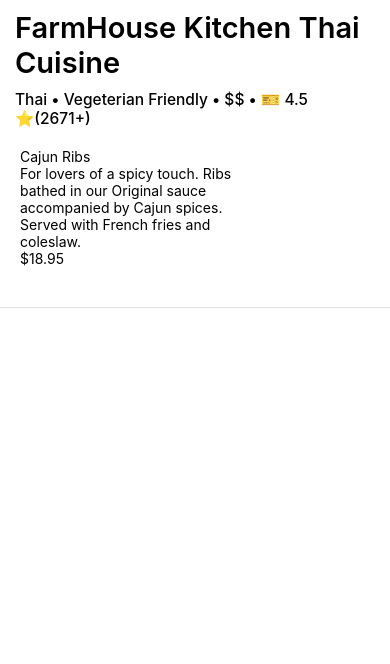
Repository: remydev47/ubereats-frontend
Screen: /
An editor plug-in stored every save of this project. The screen is shown before and after the next save, followed by the edit.
The pictures show rows 180 to 844 of an output 844 px tall.
The app was drawn by React Native's web renderer in a window 390 px wide. The project was rebuilt for these pictures with package versions that can differ from the ones it lists, and the page was loaded fresh each time. Also part of the build but not shown: components/Home/HeaderTabs.js, components/Home/SearchBar.js, components/Home/Categories.js, components/Home/RestaurantItems.js, components/Home/BottomTabs.js, Screens/Home.js.

Above is the screen before, as saved 2022-05-29 23:37:17.

### App.js
import { StatusBar } from 'expo-status-bar';
import { StyleSheet, Text, View } from 'react-native';
import Home from './Screens/Home';
import RestaurantDetails from './Screens/RestaurantDetails';

export default function App() {
  return (
    <View >
      {/* <Home />  */}
      <RestaurantDetails />
     <StatusBar style="auto" />
    </View>
  );
}

### Screens/RestaurantDetails.js
import { View, Text, Image, FlatList, StyleSheet } from 'react-native'
import React from 'react'
import restaurants from '../assets/data/restaurants.json';
import About from '../components/restaurantDetails/About';
import { Divider } from 'react-native-elements';
import MenuItems from '../components/restaurantDetails/MenuItems';



 const RestaurantDetails = () => {
  return (
    <View >
      {/* <Image
       source={{uri: restaurant.image}}
       style={styles.image}
      /> */}
     <About />
     <MenuItems />
     <Divider width={1.8} style={{ marginVertical: 20 }} />
    </View>
  )
}

const styles = StyleSheet.create({
    page: {
        flex: 1,
    },
    image: {
        width: '100%',
        aspectRatio: 4/3,
    },
    title: {
        fontSize: 14,
        fontWeight: 'bold',
    }
});

export default RestaurantDetails;

### assets/data/restaurants.json
[{
  "id": "1",
  "name": "El Cabo Coffe Bar Tres De Mayo",
  "deliveryFee": 1.40,
  "minDeliveryTime": 25,
  "maxDeliveryTime": 35,
  "rating": 4.0,
  "image": "https://notjustdev-dummy.s3.us-east-2.amazonaws.com/uber-eats/restaurant1.jpeg",
  "dishes": [
    {
      "name": "Cheese Tequeños",
      "description": "6 pieces of chese with sauce.",
      "price": 6.90,
      "image": "https://notjustdev-dummy.s3.us-east-2.amazonaws.com/uber-eats/restaurant2.jpeg"
    },
    {
      "name": "Hamburger La Super Cabo Burger",
      "description": "Double meat, gouda cheese, cheddar cheese, cooked ham, bacon, egg, salad and rustic potatoes.",
      "price": 8.90,
      "image": "https://notjustdev-dummy.s3.us-east-2.amazonaws.com/uber-eats/restaurant3.jpeg"
    },
    {
      "name": "U.S.A. Burger",
      "description": "Beef, gouda cheese, cheddar cheese, cooked ham, bacon, egg and salad.",
      "price": 5.40
    },
    {
      "name": "Slices of Llanero Cheese",
      "description": "Ripe plantain with cheese and palm honey.",
      "price": 5.90
    },
    {
      "name": "Papas Locas El Cabo",
      "description": "French fries with shredded chicken, gouda cheese and ham.",
      "price": 7.90
    }
  ]
}, {
  "id": "2",
  "name": "Tony Roma's - C.C. Meridiano",
  "deliveryFee": 0.40,
  "minDeliveryTime": 25,
  "maxDeliveryTime": 35,
  "rating": 4.7,
  "image": "https://notjustdev-dummy.s3.us-east-2.amazonaws.com/uber-eats/restaurant2.jpeg",
  "dishes": [
    {
      "name": "Cajun Ribs",
      "description": "For lovers of a spicy touch. Ribs bathed in our Original sauce accompanied by Cajun spices. Served with French fries and coleslaw.",
      "price": 18.95
    },
    {
      "name": "The Original Baby Backs",
      "description": "The house specialty. Pork ribs cooked on the barbecue and marinated with our original barbecue sauce. Served with French fries and coleslaw.",
      "price": 19.95
    },
    {
      "name": "Carolina Honey",
      "description": "Our famous ribs marinated with our Carolina honey sauce, a mixture of honey with our original sauce. Ideal for those looking for a sweet touch. Served with French fries and coleslaw.",
      "price": 18.95,
      "image": "https://notjustdev-dummy.s3.us-east-2.amazonaws.com/uber-eats/restaurant2.jpeg"
    },
    {
      "name": "Onion Rings",
      "description": "Los tradicionales aros de cebolla de tony romas dorados, crujientes y ligeros. Únicos en el mundo, acompañados de salsa BBQ.",
      "price": 6.95
    },
    {
      "name": "Nachos Tony Roma's",
      "description": "The best selling nachos! with our blend of melted cheeses, accompanied by guacamole, crispy bacon, ranch beans, and sour cream.",
      "price": 10.95
    }
  ]
}, {
  "id": "3",
  "name": "Brothers Barbecue",
  "deliveryFee": 1.40,
  "minDeliveryTime": 20,
  "maxDeliveryTime": 30,
  "rating": 4.3,
  "image": "https://notjustdev-dummy.s3.us-east-2.amazonaws.com/uber-eats/restaurant3.jpeg",
  "dishes": [
    {
      "name": "Burger Mustang",
      "description": "Homemade bread, burger sauce, lettuce, sweet and sour pickle, bacon, cheddar and BBQ sauce. Beef 180 grams.",
      "price": 5.90
    },
    {
      "name": "Alabama bread",
      "description": "Artisan bread, butter sauce, garlic, BBQ chicken and cheddar.",
      "price": 3.00
    },
    {
      "name": "New York Burger",
      "description": "Homemade bread, lettuce, burger sauce, 180 grams of beef, goat cheese and roasted apple.",
      "price": 5.90
    },
    {
      "name": "Mac & Cheese Burger",
      "description": "Homemade bread, lettuce, burger sauce, 180 grams of beef, mac and cheese, and American-style bacon.",
      "price": 5.90
    },
    {
      "name": "Nachos Brothers",
      "description": "Nachos, guacamole, cheddar sauce, beans, bacon, and cream cheese.",
      "price": 5.20
    }
  ]
}, {
  "id": "4",
  "name": "Hamburguesa Nostra La Salle",
  "deliveryFee": 0.90,
  "minDeliveryTime": 30,
  "maxDeliveryTime": 40,
  "rating": 4.5,
  "image": "https://notjustdev-dummy.s3.us-east-2.amazonaws.com/uber-eats/restaurant4.jpeg",
  "dishes": [
    {
      "name": "English burger",
      "description": "Beef with bacon, portobello mushrooms, tomato, cheddar cheese, grilled egg and our smoked sauce.",
      "price": 14.90
    },
    {
      "name": "Mexican Burger",
      "description": "Beef, with pico de gallo, veggie chili, cheddar cheese, guacamole and smoked sauce.",
      "price": 14.90
    },
    {
      "name": "Tequeños",
      "description": "Crispy sticks filled with melted cheese accompanied by tomato chutney.",
      "price": 9.90
    },
    {
      "name": "Starters Combo",
      "description": "Tequeños, crispy onion and chicken delicacies.",
      "price": 13.90
    },
    {
      "name": "Cesar Salad",
      "description": "Green sprouts, pieces of grilled bacon, chicken delicacies, grated Parmesan, muffin croutons and fried onion confetti dressed with Caesar sauce.",
      "price": 10.50
    }
  ]
}]

### components/restaurantDetails/About.js
import { View, Text, Image } from 'react-native'
import React from 'react'

const image = "https://notjustdev-dummy.s3.us-east-2.amazonaws.com/uber-eats/restaurant2.jpeg";

const title = "FarmHouse Kitchen Thai Cuisine"

const detail = "Thai • Vegeterian Friendly • $$ • 🎫 4.5 ⭐(2671+)"

const description = "For lovers of a spicy touch. Ribs bathed in our Original sauce accompanied by Cajun spices. Served with French fries and coleslaw."


export default function About() {
  return (
    <View>
      <RestaurantImage image={image}/>
      <RestaurantTitle title={title}/>
      <Restaurantdetails details={detail}/>
      {/* <RestaurantDescription description={description} /> */}
    </View>
  )
}

const RestaurantImage = (props) => {
  return (
    <View>
      <Image
        source={{uri: props.image}}
        style={{width: '100%', height: 180}}
      />
    </View>
  )
}

const RestaurantTitle = (props) => {
  return (
    <View>
      <Text style={{fontSize: 29, fontWeight: '600', marginTop: 10, marginHorizontal: 15,}}>
        {props.title}
      </Text>
    </View>
  )
}
const Restaurantdetails = (props) => {
  return(
    <Text style={{fontSize: 15.5, fontWeight: '500', marginTop: 10, marginHorizontal: 15,}}>
      {props.details}
    </Text>
  )
}

const RestaurantDescription = (props) => {
  return (
    <View>
      <Text style={{fontSize: 17, marginTop: 10, marginHorizontal: 15,}}>
        {props.description}
      </Text>
    </View>
  )
}

### components/restaurantDetails/MenuItems.js
import { View, Text, StyleSheet } from 'react-native'
import React from 'react'

const foods = [
    {
        "image": "https://notjustdev-dummy.s3.us-east-2.amazonaws.com/uber-eats/restaurant2.jpeg",
        "title": "Cajun Ribs",
        "description": "For lovers of a spicy touch. Ribs bathed in our Original sauce accompanied by Cajun spices. Served with French fries and coleslaw.",
        "price":"$18.95"
    },
    {
      "image": "https://notjustdev-dummy.s3.us-east-2.amazonaws.com/uber-eats/restaurant3.jpeg",
      "title": "Papas Locas El Cabo",
      "description": "French fries with shredded chicken, gouda cheese and ham.",
      "price": "$7.90"
    },
    {
      "image": "https://notjustdev-dummy.s3.us-east-2.amazonaws.com/uber-eats/restaurant4.jpeg",
      "title": "Onion Rings",
      "description": "Los tradicionales aros de cebolla de tony romas dorados, crujientes y ligeros. Únicos en el mundo, acompañados de salsa BBQ.",
      "price": "$6.95"
    },
    {
        "image": "https://encrypted-tbn0.gstatic.com/images?q=tbn:ANd9GcRrv_Xp8ubtMYcRQeuBgDUjlkokFDfczLpULp08CMKd8FEnempprkZ5RwZIi1guLiAxHgQ&usqp=CAU",
        "title": "Burger Mustang",
        "description": "Homemade bread, burger sauce, lettuce, sweet and sour pickle, bacon, cheddar and BBQ sauce. Beef 180 grams.",
        "price":"$5.90 "
    },
    {
      "image": "https://daintfood.com/wp-content/uploads/2022/03/p2.jpg",
      "title": "Alabama bread",
      "description": "Artisan bread, butter sauce, garlic, BBQ chicken and cheddar.",
      "price":"$3.00 "
    }

];

const styles = StyleSheet.create({
    menuItemStyle:{
        flexDirection: 'row',
        justifyContent: 'space-between',
        margin: 20,
    }
})

export default function MenuItems() {
  return (
    <View style={styles.menuItemStyle}>
       <FoodInfo food={foods[0]}/>
      {/* <FoodImage food={foods[0]}/> */}
    </View>
  )
}

const FoodInfo = (props) => {
    return(
       <View style={{ width: 240, justifyContent: "space-evenly"}}>
           <Text>{props.food.title}</Text>
           <Text>{props.food.description}</Text>
           <Text>{props.food.price}</Text>
       </View>
    )
}

After the next save:
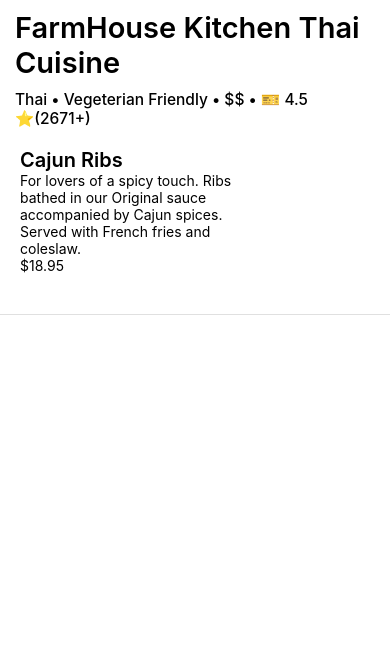
Saved 2 min 32 s later.
--- a/components/restaurantDetails/MenuItems.js
+++ b/components/restaurantDetails/MenuItems.js
@@ -40,6 +40,10 @@
         flexDirection: 'row',
         justifyContent: 'space-between',
         margin: 20,
+    },
+    titleStyle: {
+      fontSize: 20,
+      fontWeight: '600',
     }
 })
 
@@ -55,7 +59,7 @@
 const FoodInfo = (props) => {
     return(
        <View style={{ width: 240, justifyContent: "space-evenly"}}>
-           <Text>{props.food.title}</Text>
+           <Text style={styles.titleStyle}>{props.food.title}</Text>
            <Text>{props.food.description}</Text>
            <Text>{props.food.price}</Text>
        </View>
